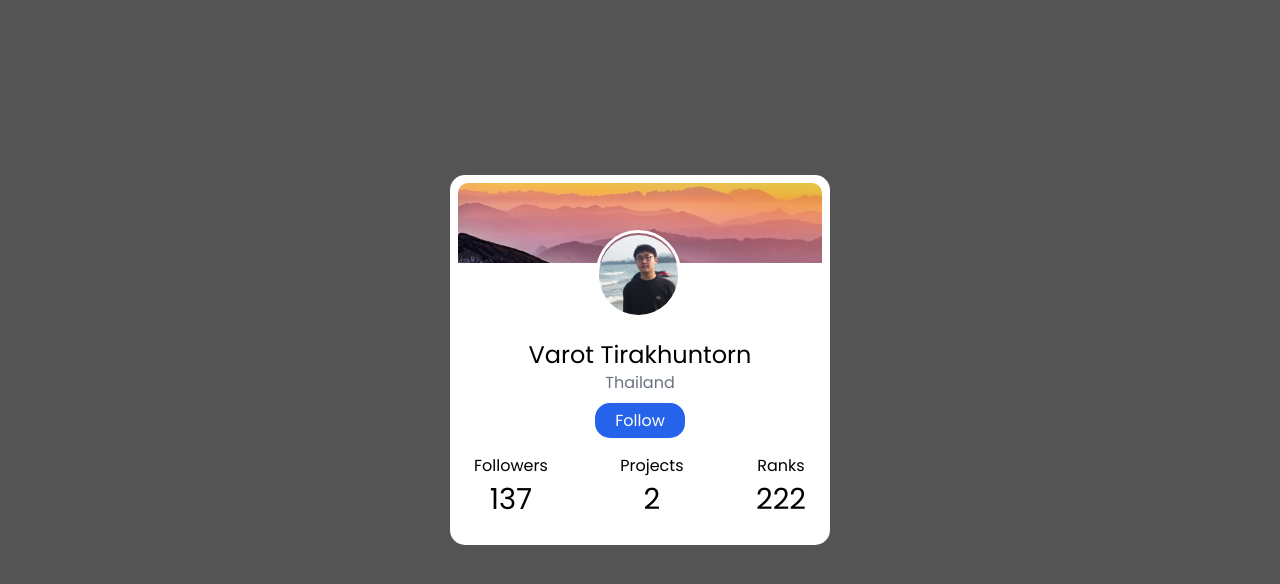
Repository: varotsk137/INT203_62130500080
Page: 62130500080_groupwork_2/myprofile.html
These files come from the project's save history. The page is drawn as it stood at one moment and after the next save; the edit follows.
The browser window is 1280 px wide. The pictures show the whole page.

Above is the page before, as saved 2021-02-03 11:06:51.

After the next save:
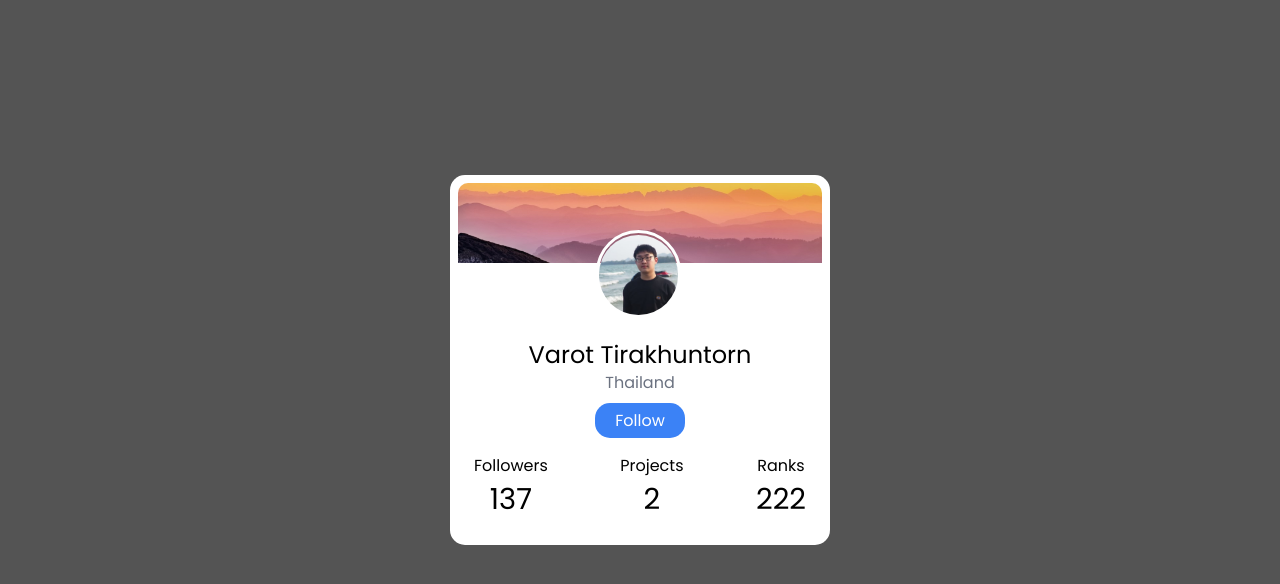
Saved 11 s later.
--- a/62130500080_groupwork_2/myprofile.html
+++ b/62130500080_groupwork_2/myprofile.html
@@ -93,7 +93,7 @@
       </div>
       <div class="mt-14 text-center">
         <h4 class="mb-0 text-2xl">{{ name }}</h4> <span class="text-muted block mb-2 text-gray-500">{{ location }}</span> <button
-          class="follow text-white bg-blue-600 hover:bg-blue-800 transition ease-in-out">Follow</button>
+          class="follow text-white bg-blue-500 hover:bg-blue-700 transition ease-in-out">Follow</button>
         <div class="flex justify-between items-center mt-4 px-4">
           <div class="stats">
             <h6 class="mb-0">Followers</h6> <span>{{ follower }}</span>
